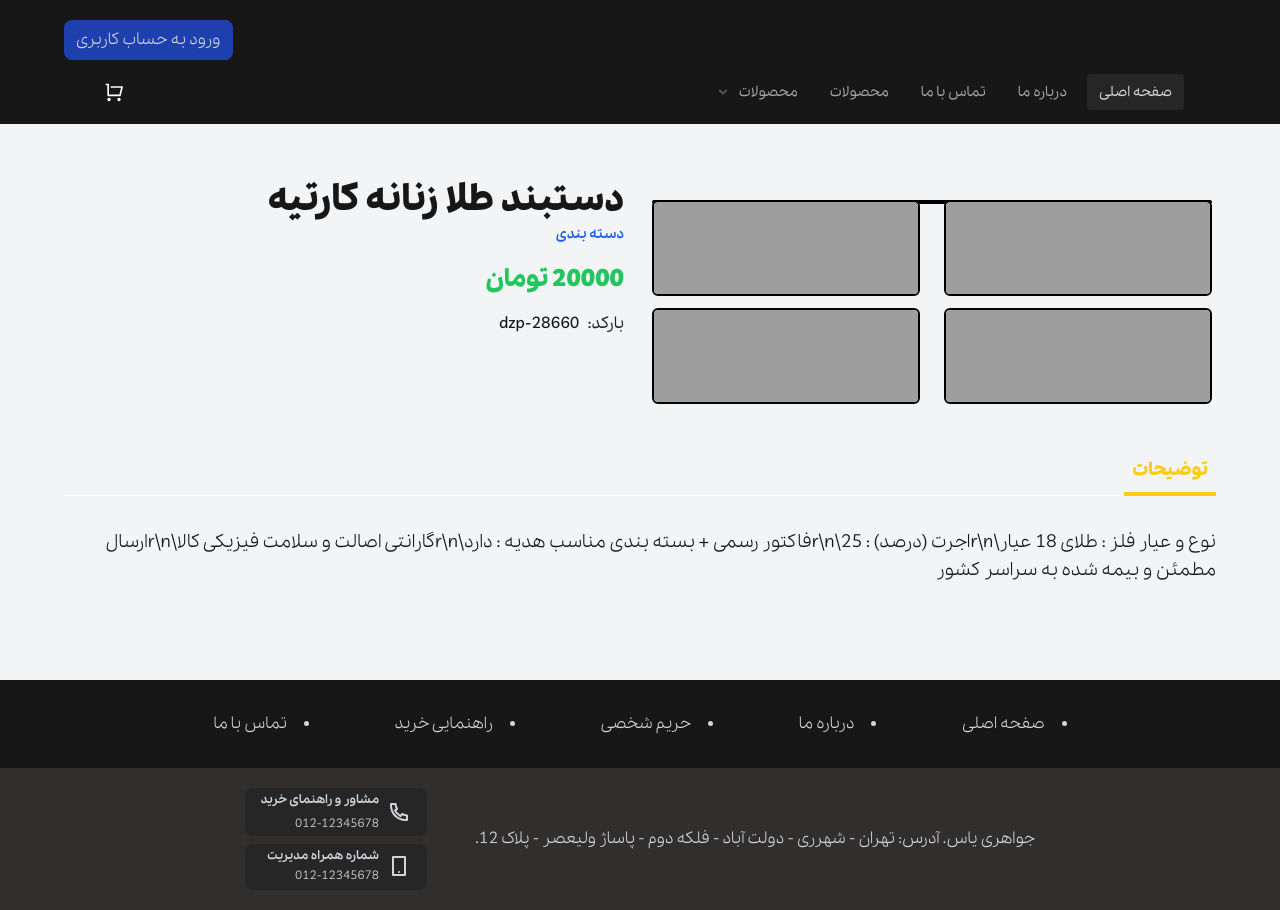
Repository: aliakbarmotallebi/yasgoldgallery-ui
Page: /product
An editor plug-in stored every save of this project. The page is shown before and after the next save, followed by the edit.
The browser window is 1280 px wide. The pictures show the whole page.
Pictures or frames that could not be fetched are drawn as grey boxes. The project was rebuilt for these pictures with package versions that can differ from the ones it lists, and the page was loaded fresh each time. Also part of the build but not shown: src/pages/AboutPage.jsx, src/components/Brands.jsx, src/components/GridImages.js, src/components/SpecialComments.jsx, src/components/CardProduct.jsx, src/components/SpecialProducts.jsx, src/components/SuggestedProducts.jsx, src/pages/HomePage.jsx and 3 more.

Above is the page before, as saved 2023-01-16 11:22:52.

### public/index.html
<!DOCTYPE html>
<html lang="en" dir="rtl">
  <head>
    <meta charset="utf-8" />
    <link rel="icon" href="%PUBLIC_URL%/favicon.ico" />
    <meta name="viewport" content="width=device-width, initial-scale=1" />
    <meta name="theme-color" content="#000000" />
    <meta
      name="description"
      content="Web site created using create-react-app"
    />
    <link rel="apple-touch-icon" href="%PUBLIC_URL%/logo192.png" />
    <!--
      manifest.json provides metadata used when your web app is installed on a
      user's mobile device or desktop. See https://developers.google.com/web/fundamentals/web-app-manifest/
    -->
    <link rel="manifest" href="%PUBLIC_URL%/manifest.json" />
    <!--
      Notice the use of %PUBLIC_URL% in the tags above.
      It will be replaced with the URL of the `public` folder during the build.
      Only files inside the `public` folder can be referenced from the HTML.

      Unlike "/favicon.ico" or "favicon.ico", "%PUBLIC_URL%/favicon.ico" will
      work correctly both with client-side routing and a non-root public URL.
      Learn how to configure a non-root public URL by running `npm run build`.
    -->
    <title>گالری یاس</title>
  </head>
  <body>
    <noscript>You need to enable JavaScript to run this app.</noscript>
    <div id="root"></div>
    <!--
      This HTML file is a template.
      If you open it directly in the browser, you will see an empty page.

      You can add webfonts, meta tags, or analytics to this file.
      The build step will place the bundled scripts into the <body> tag.

      To begin the development, run `npm start` or `yarn start`.
      To create a production bundle, use `npm run build` or `yarn build`.
    -->
  </body>
</html>

### src/assets/styles/index.css
@import "./fonts.css";
@tailwind base;
@tailwind components;
@tailwind utilities;


@layer base {
    body {
        @apply font-pelak;
    }
}

### src/assets/styles/fonts.css
@font-face {
    /* Pelak Thin */
    font-family: "Pelak";
    font-style: normal;
    font-weight: 100;

    src:url('../fonts/pelak/eot/Pelak-Thin.eot'); /* IE9 Compat Modes */
    src:url('../fonts/pelak/eot/Pelak-Thin.eot?#iefix') format('embedded-opentype'), /* IE6-IE8 */
    url('../fonts/pelak/woff2/Pelak-Thin.woff2') format('woff2'), /* Super Modern Browsers */
    url('../fonts/pelak/woff/Pelak-Thin.woff') format('woff'), /* Pretty Modern Browsers */
    url('../fonts/pelak/ttf/Pelak-Thin.ttf') format('truetype'), /* Safari, Android, iOS */
    url('../fonts/pelak/otf/Pelak-Thin.otf') format('opentype');
}

@font-face {
    /* Pelak Light */
    font-family: "Pelak";
    font-style: normal;
    font-weight: 200;

    src:url('../fonts/pelak/eot/Pelak-light.eot');
    src:url('../fonts/pelak/eot/Pelak-light.eot') format('embedded-opentype'),
    url('../fonts/pelak/woff2/Pelak-light.woff2') format('woff2'),
    url('../fonts/pelak/woff/Pelak-light.woff') format('woff'),
    url('../fonts/pelak/ttf/Pelak-light.ttf') format('truetype'),
    url('../fonts/pelak/otf/Pelak-light.otf') format('opentype');
}

@font-face {
    /* Pelak Regular */
    font-family: "Pelak";
    font-style: normal;
    font-weight: 400;

    src:url('../fonts/pelak/eot/Pelak-Regular.eot');
    src:url('../fonts/pelak/eot/Pelak-Regular.eot') format('embedded-opentype'),
    url('../fonts/pelak/woff2/Pelak-Regular.woff2') format('woff2'),
    url('../fonts/pelak/woff/Pelak-Regular.woff') format('woff'),
    url('../fonts/pelak/ttf/Pelak-Regular.ttf') format('truetype'),
    url('../fonts/pelak/otf/Pelak-Regular.otf') format('opentype');
}

@font-face {
    /* Pelak Medium */
    font-family: "Pelak";
    font-style: normal;
    font-weight: 500;

    src:url('../fonts/pelak/eot/Pelak-Medium.eot');
    src:url('../fonts/pelak/eot/Pelak-Medium.eot') format('embedded-opentype'),
    url('../fonts/pelak/woff2/Pelak-Medium.woff2') format('woff2'),
    url('../fonts/pelak/woff/Pelak-Medium.woff') format('woff'),
    url('../fonts/pelak/ttf/Pelak-Medium.ttf') format('truetype'),
    url('../fonts/pelak/otf/Pelak-Medium.otf') format('opentype');
}

@font-face {
    /* Pelak Semi-Bold */
    font-family: "Pelak";
    font-style: normal;
    font-weight: 600;

    src:url('../fonts/pelak/eot/Pelak-SemiBold.eot');
    src:url('../fonts/pelak/eot/Pelak-SemiBold.eot') format('embedded-opentype'),
    url('../fonts/pelak/woff2/Pelak-SemiBold.woff2') format('woff2'),
    url('../fonts/pelak/woff/Pelak-SemiBold.woff') format('woff'),
    url('../fonts/pelak/ttf/Pelak-SemiBold.ttf') format('truetype'),
    url('../fonts/pelak/otf/Pelak-SemiBold.otf') format('opentype');
}

@font-face {
    /* Pelak Bold */
    font-family: "Pelak";
    font-style: normal;
    font-weight: 700;

    src:url('../fonts/pelak/eot/Pelak-Bold.eot');
    src:url('../fonts/pelak/eot/Pelak-Bold.eot') format('embedded-opentype'),
    url('../fonts/pelak/woff2/Pelak-Bold.woff2') format('woff2'),
    url('../fonts/pelak/woff/Pelak-Bold.woff') format('woff'),
    url('../fonts/pelak/ttf/Pelak-Bold.ttf') format('truetype'),
    url('../fonts/pelak/otf/Pelak-Bold.otf') format('opentype');
}

@font-face {
    /* Pelak Extra-Bold */
    font-family: "Pelak";
    font-style: normal;
    font-weight: 800;

    src:url('../fonts/pelak/eot/Pelak-ExtraBold.eot');
    src:url('../fonts/pelak/eot/Pelak-ExtraBold.eot') format('embedded-opentype'),
    url('../fonts/pelak/woff2/Pelak-ExtraBold.woff2') format('woff2'),
    url('../fonts/pelak/woff/Pelak-ExtraBold.woff') format('woff'),
    url('../fonts/pelak/ttf/Pelak-ExtraBold.ttf') format('truetype'),
    url('../fonts/pelak/otf/Pelak-ExtraBold.otf') format('opentype');
}

@font-face {
    /* Pelak Black */
    font-family: "Pelak";
    font-style: normal;
    font-weight: 900;

    src:url('../fonts/pelak/eot/Pelak-Black.eot');
    src:url('../fonts/pelak/eot/Pelak-Black.eot') format('embedded-opentype'),
    url('../fonts/pelak/woff2/Pelak-Black.woff2') format('woff2'),
    url('../fonts/pelak/woff/Pelak-Black.woff') format('woff'),
    url('../fonts/pelak/ttf/Pelak-Black.ttf') format('truetype'),
    url('../fonts/pelak/otf/Pelak-Black.otf') format('opentype');
}

### src/components/Layout.jsx
import Footer from "./Footer";
import Header from "./Header";

const Layout = ({children}) => {
    return (
        <>
            <div
                className="flex flex-col mx-auto w-full min-h-screen bg-[#4d4845] text-neutral-300">
                <Header />
                <main className="flex-grow">
                    {children}
                </main>
                <Footer />
            </div>
        </>
    );
}
export default Layout;

### src/pages/ProductPage.jsx
const ProductPage = () => {
  return (
    <div class="bg-gray-100 px-4 xl:px-4 py-14">
      <div className="container mx-auto">
        <div class="max-w-xl lg:max-w-6xl mx-auto text-neutral-900">
          <div class="flex flex-wrap -mx-4 mb-12">
            <div class="w-full lg:w-1/2 px-4 mb-12 lg:mb-0">
              <div class="lg:w-112">
                <a
                  class="relative group block mb-6 h-112 w-full bg-blueGray-900 rounded-md"
                  href="#"
                >
                  <div class="absolute top-0 left-0 h-full w-full transform -translate-y-1 -translate-x-1 group-hover:translate-y-0 group-hover:translate-x-0 transition duration-300">
                    <img
                      class="img-fluid w-full h-full object-cover rounded-md border-2 border-black"
                      src="shopal-assets/product-details/product-detail-large.png"
                      alt=""
                    />
                  </div>
                </a>
                <div class="flex flex-wrap -mx-3 -mb-3 justify-between">
                  <div class="w-1/2 xs:w-1/4 px-3 mb-3">
                    <a
                      class="relative group block h-24 w-full bg-blueGray-900 rounded-md"
                      href="#"
                    >
                      <div class="absolute top-0 left-0 h-full w-full transform -translate-y-1 -translate-x-1 group-hover:translate-y-0 group-hover:translate-x-0 transition duration-300">
                        <img
                          class="img-fluid w-full h-full object-cover rounded-md border-2 border-black"
                          src="shopal-assets/product-details/product-detail-small1.png"
                          alt=""
                        />
                      </div>
                    </a>
                  </div>
                  <div class="w-1/2 xs:w-1/4 px-3 mb-3">
                    <a
                      class="relative group block h-24 w-full bg-blueGray-900 rounded-md"
                      href="#"
                    >
                      <div class="absolute top-0 left-0 h-full w-full transform -translate-y-1 -translate-x-1 group-hover:translate-y-0 group-hover:translate-x-0 transition duration-300">
                        <img
                          class="img-fluid w-full h-full object-cover rounded-md border-2 border-black"
                          src="shopal-assets/product-details/product-detail-small2.png"
                          alt=""
                        />
                      </div>
                    </a>
                  </div>
                  <div class="w-1/2 xs:w-1/4 px-3 mb-3">
                    <a
                      class="relative group block h-24 w-full bg-blueGray-900 rounded-md"
                      href="#"
                    >
                      <div class="absolute top-0 left-0 h-full w-full transform -translate-y-1 -translate-x-1 group-hover:translate-y-0 group-hover:translate-x-0 transition duration-300">
                        <img
                          class="img-fluid w-full h-full object-cover rounded-md border-2 border-black"
                          src="shopal-assets/product-details/product-detail-small3.png"
                          alt=""
                        />
                      </div>
                    </a>
                  </div>
                  <div class="w-1/2 xs:w-1/4 px-3 mb-3">
                    <a
                      class="relative group block h-24 w-full bg-blueGray-900 rounded-md"
                      href="#"
                    >
                      <div class="absolute top-0 left-0 h-full w-full transform -translate-y-1 -translate-x-1 group-hover:translate-y-0 group-hover:translate-x-0 transition duration-300">
                        <img
                          class="img-fluid w-full h-full object-cover rounded-md border-2 border-black"
                          src="shopal-assets/product-details/product-detail-small4.png"
                          alt=""
                        />
                      </div>
                    </a>
                  </div>
                </div>
              </div>
            </div>
            <div class="w-full lg:w-1/2 px-4">
            <div class="max-w-lg">
              <h2 class="text-4xl font-black mb-1">
              دستبند طلا زنانه کارتیه
              </h2>
              <span class="block text-sm font-bold mb-5 text-blue-600">
                دسته بندی
              </span>
              <span class="block text-2xl font-black text-green-500 mb-4">
              20000
              <span className="mr-1">
                تومان
              </span>
              </span>
              <ul class="list-inside font-medium mb-6">
                <li>
                  <span className="text-bold after:content-[':'] text-neutral-800 ml-2">
                    بارکد
                  </span>
                  dzp-28660
                </li>
                <li>

                </li>
                <li>

                </li>
              </ul>
            </div>
          </div>
          </div>
          <div class="mb-8 border-b border-white">
            <div class="flex flex-col md:flex-row -mb-px">
              <div
                class="inline-block px-2 pb-2 mb-3 md:mb-0 text-lg font-black text-yellow-400 border-b-4 border-yellow-400"
              >
                توضیحات
              </div>
            </div>
          </div>
          <div className="pb-10 text-lg">
          نوع و عیار فلز : طلای 18 عیار\r\nاجرت (درصد) : 25\r\nفاکتور رسمی + بسته بندی مناسب هدیه : دارد\r\nگارانتی اصالت و سلامت فیزیکی کالا\r\nارسال مطمئن و بیمه شده به سراسر کشور
          </div>
        </div>
      </div>
    </div>
  );
};

export default ProductPage;

### src/components/Footer.jsx
const Footer = () => {
    return (
        <>
            <footer>
                <div className="bg-neutral-900">
                    <div className="md:w-10/12 lg:w-8/12 m-auto py-8">
                        <ul class="flex flex-wrap items-center justify-between md:flex-nowrap list-disc list-inside">
                            <li>
                                <a href="#" class="hover:text-sky-400 transition whitespace-nowrap">صفحه اصلی</a>
                            </li>
                            <li>
                                <a href="#" class="hover:text-sky-400 transition whitespace-nowrap">
                                    درباره ما
                                </a>
                            </li>
                            <li>
                                <a href="#" class="hover:text-sky-400 transition whitespace-nowrap">
                                    حریم شخصی
                                </a>
                            </li>
                            <li>
                                <a href="#" class="hover:text-sky-400 transition whitespace-nowrap">
                                    راهنمایی خرید
                                </a>
                            </li>
                            <li>
                                <a href="#" class="hover:text-sky-400 transition whitespace-nowrap">تماس با ما</a>
                            </li>
                        </ul>
                    </div>
                </div>

                <div className="bg-neutral-900/50">
                    <div>
                        <div class="flex flex-wrap items-center justify-between md:flex-nowrap">
                            <div class="w-full space-x-12 items-center space-x-reverse flex justify-center text-gray-300 py-5">
                                <div>
                                    جواهری یاس. آدرس: تهران - شهرری - دولت آباد - فلکه دوم - پاساژ ولیعصر - پلاک 12.
                                </div>

                                <ul role="list" class="space-y-2">
                                    <li className="bg-neutral-800 rounded-lg px-4 py-1">
                                        <div className="inline-flex items-center space-x-2 space-x-reverse">
                                            <svg xmlns="http://www.w3.org/2000/svg" class="fill-current" viewBox="0 0 24 24" width="24" height="24"><path fill="none" d="M0 0h24v24H0z" /><path d="M9.366 10.682a10.556 10.556 0 0 0 3.952 3.952l.884-1.238a1 1 0 0 1 1.294-.296 11.422 11.422 0 0 0 4.583 1.364 1 1 0 0 1 .921.997v4.462a1 1 0 0 1-.898.995c-.53.055-1.064.082-1.602.082C9.94 21 3 14.06 3 5.5c0-.538.027-1.072.082-1.602A1 1 0 0 1 4.077 3h4.462a1 1 0 0 1 .997.921A11.422 11.422 0 0 0 10.9 8.504a1 1 0 0 1-.296 1.294l-1.238.884zm-2.522-.657l1.9-1.357A13.41 13.41 0 0 1 7.647 5H5.01c-.006.166-.009.333-.009.5C5 12.956 11.044 19 18.5 19c.167 0 .334-.003.5-.01v-2.637a13.41 13.41 0 0 1-3.668-1.097l-1.357 1.9a12.442 12.442 0 0 1-1.588-.75l-.058-.033a12.556 12.556 0 0 1-4.702-4.702l-.033-.058a12.442 12.442 0 0 1-.75-1.588z" /></svg>
                                            <div className="text-xs text-white-200">
                                                <div className="font-bold mb-2">
                                                    مشاور و راهنمای خرید
                                                </div>
                                                012-12345678
                                            </div>
                                        </div>
                                    </li>
                                    <li className="bg-neutral-800 rounded-lg px-4 py-1">
                                        <div className="inline-flex items-center space-x-2 space-x-reverse">
                                            <svg xmlns="http://www.w3.org/2000/svg" class="fill-current" viewBox="0 0 24 24" width="24" height="24"><path fill="none" d="M0 0h24v24H0z" /><path d="M7 4v16h10V4H7zM6 2h12a1 1 0 0 1 1 1v18a1 1 0 0 1-1 1H6a1 1 0 0 1-1-1V3a1 1 0 0 1 1-1zm6 15a1 1 0 1 1 0 2 1 1 0 0 1 0-2z" /></svg>
                                            <div className="text-xs text-white-200">
                                                <div className="font-bold mb-1">
                                                    شماره همراه مدیریت
                                                </div>
                                                012-12345678
                                            </div>
                                        </div>
                                    </li>
                                </ul>
                            </div>
                        </div>
                    </div>
                </div>

            </footer>
        </>
        );
    };
export default Footer;

### src/components/Modal.jsx
import React, { useRef, useEffect, useCallback } from "react";

const Modal = ({ title, showModal, setShowModal, children }) => {
  const keyPress = useCallback(
    (e) => {
      if (e.key === "Escape" && showModal) {
        setShowModal(false);
        console.log("I pressed");
      }
    },
    [setShowModal, showModal]
  );

  useEffect(() => {
    document.addEventListener("keydown", keyPress);
    return () => document.removeEventListener("keydown", keyPress);
  }, [keyPress]);

  return (
    <>
      {showModal ? (
        <div onClick={() => setShowModal(false) }className="fixed top-0 left-0 right-0 z-50 w-full p-4 overflow-x-hidden overflow-y-auto md:inset-0 h-modal md:h-full bg-black/90">
          <div className="flex justify-center items-center h-full">
            <div className="relative w-full h-full max-w-2xl md:h-auto">
              <div className="relative bg-white rounded-lg shadow dark:bg-gray-700">
                <div className="p-6 space-y-6">{children}</div>
              </div>
            </div>
          </div>
        </div>
      ) : null}
    </>
  );
};

export default Modal;

Loaded but not shown: src/Router.js (25 lines, source omitted); src/index.js (11 lines, source omitted); tailwind.config.js (15 lines, source omitted); src/App.js (9 lines, source omitted); src/components/Header.jsx (145 lines, source omitted)

After the next save:
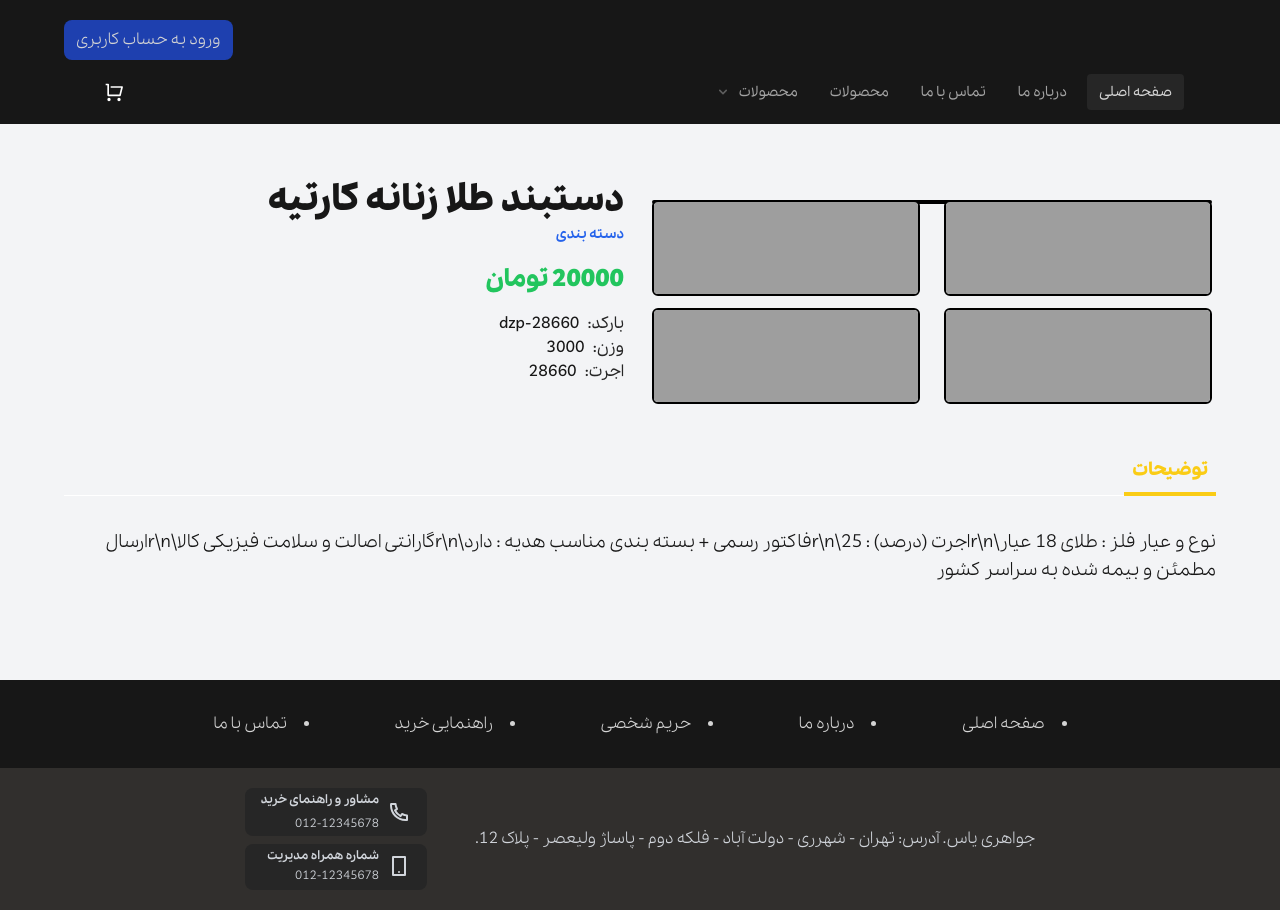
Saved 115 s later.
--- a/src/pages/ProductPage.jsx
+++ b/src/pages/ProductPage.jsx
@@ -100,10 +100,16 @@ const ProductPage = () => {
                   dzp-28660
                 </li>
                 <li>
-
+                  <span className="text-bold after:content-[':'] text-neutral-800 ml-2">
+                    وزن
+                  </span>
+                  3000
                 </li>
                 <li>
-
+                  <span className="text-bold after:content-[':'] text-neutral-800 ml-2">
+                    اجرت
+                  </span>
+                  28660
                 </li>
               </ul>
             </div>
